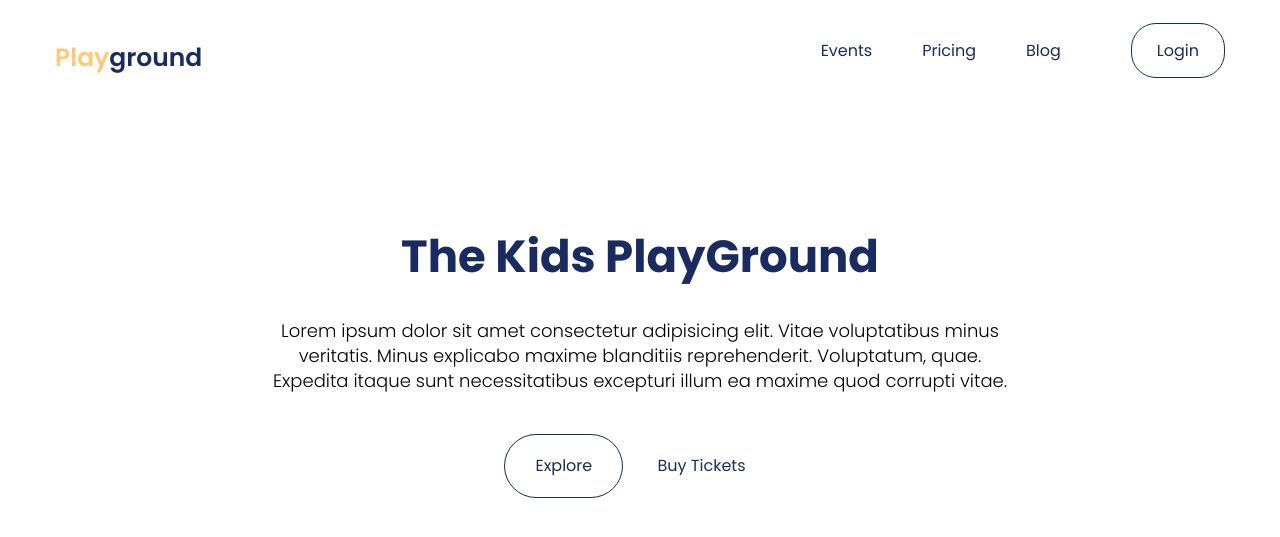
Repository: khuong30082000/the-playground
Page: index.html
The author's editor kept a copy of each file at every save. The page is drawn from the files as they stood at one save, then again after the next save.
The browser window is 1280 px wide. The pictures show the whole page.
The style sheet was rebuilt from its Sass, Less or Tailwind sources for each picture, by a compiler version that may differ from the author's.

Above is the page before, as saved 2022-06-20 12:24:24.

After the next save:
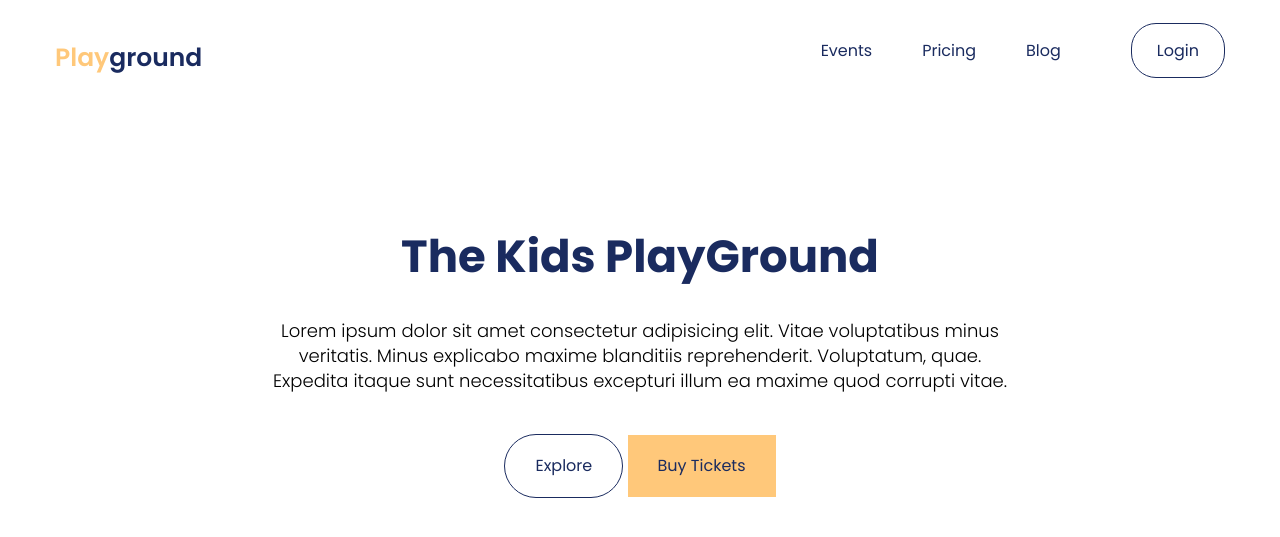
Saved 11 s later.
--- a/index.html
+++ b/index.html
@@ -49,7 +49,7 @@
             <p class="banner__desc">Lorem ipsum dolor sit amet consectetur adipisicing elit. Vitae voluptatibus minus veritatis. Minus explicabo maxime blanditiis reprehenderit. Voluptatum, quae. Expedita itaque sunt necessitatibus excepturi illum ea maxime quod corrupti vitae.</p>
             <div class="banner__buttons">
                   <a href="" class="btn btn--border btn--rounded">Explore</a>
-                  <a href="" class="btn">Buy Tickets</a>
+                  <a href="" class="btn btn--primary">Buy Tickets</a>
             </div>
         </div>
       </section>
